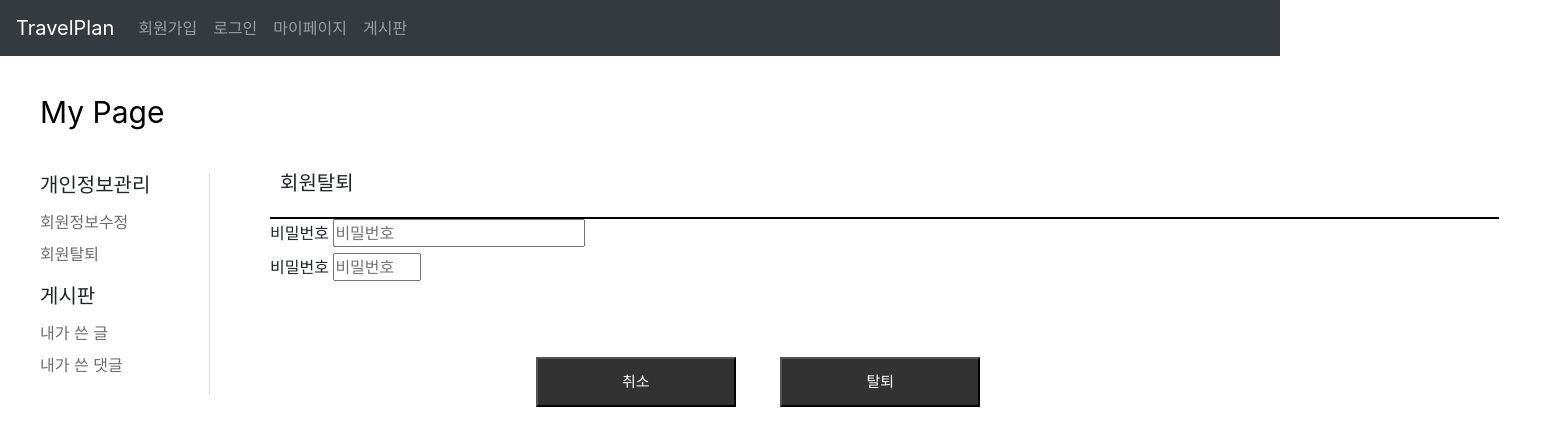
Repository: sna145815/Travel_v1
Page: http://localhost/Travel_v1/WEB-INF/view/deleteuser.jsp
An editor plug-in stored every save of this project. The page is shown before and after the next save, followed by the edit.
The browser window is 1280 px wide. The page is 1560 px wide, so the pictures cover 1560 px, including what lies to the right of the window. The pictures show the whole page.
The page is served by Tomcat 9. Nobody is signed in. The template is opened directly, without the code that normally fills it, so the values that code supplies are empty.

Above is the page before, as saved 2022-11-06 14:16:12.

After the next save:
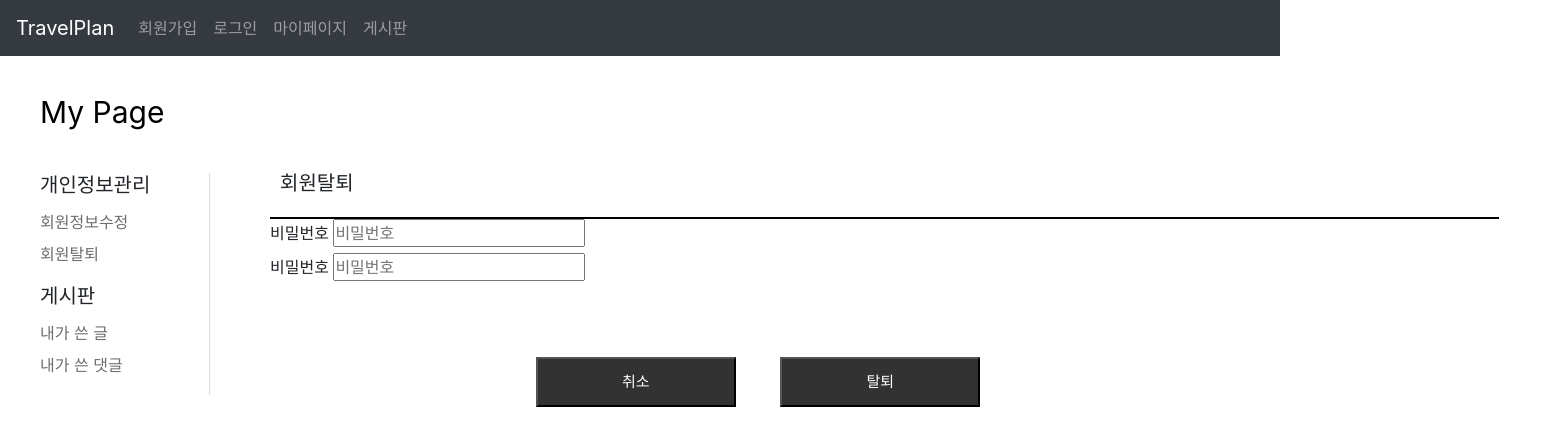
Saved 12 s later.
--- a/Travel_v1/src/main/webapp/WEB-INF/view/deleteuser.jsp
+++ b/Travel_v1/src/main/webapp/WEB-INF/view/deleteuser.jsp
@@ -132,7 +132,7 @@
 							</div>
 							<div class="inputpwd">
 								<label for="myPWR">비밀번호</label>
-								<input type="password" id="myPWR" placeholder="비밀번호" size=4/>
+								<input type="password" id="myPWR" placeholder="비밀번호" size=20/>
 							</div>
 						</div>
 						<div class="button">
